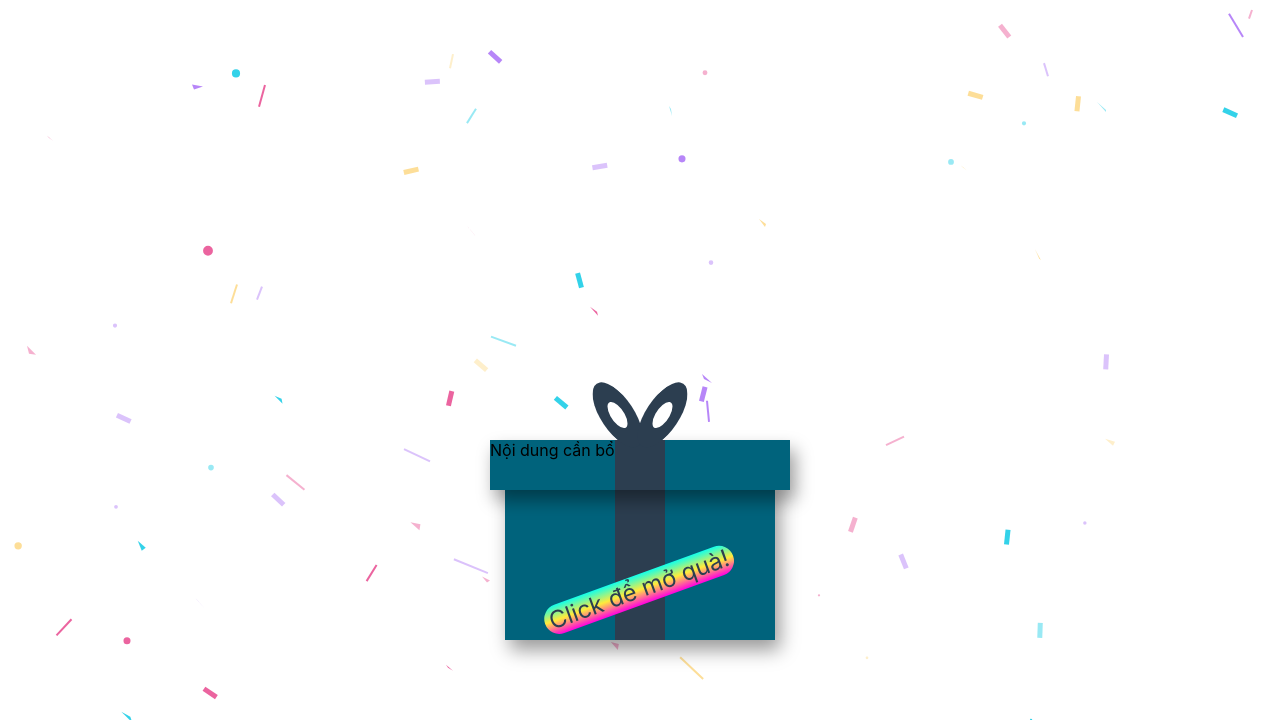
Repository: trongnghia161001/birth_day
Page: index.html
An editor plug-in stored every save of this project. The page is shown before and after the next save, followed by the edit.
The browser window is 1280 px wide. The pictures show the whole page.

Above is the page before, as saved 2022-11-14 23:37:09.

After the next save:
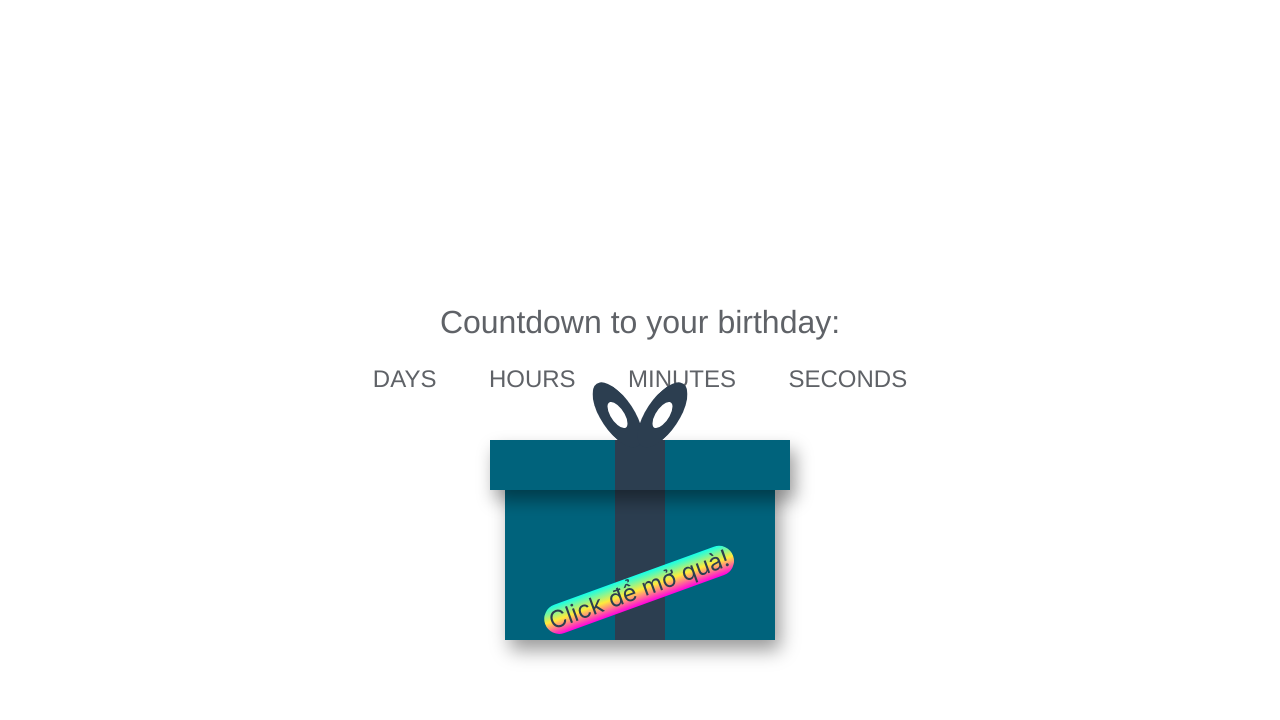
Console error: TypeError: Cannot read properties of null (reading 'innerHTML')
Saved 16 s later.
--- a/index.html
+++ b/index.html
@@ -26,7 +26,7 @@
   <div id="merrywrap" class="merrywrap">
     <canvas id="snowfall"></canvas>
     <div class="giftbox">
-      <div class="cover" id="show">
+      <div class="cover">
         <div></div>
       </div>
     <div class="box"></div>

After the save that followed:
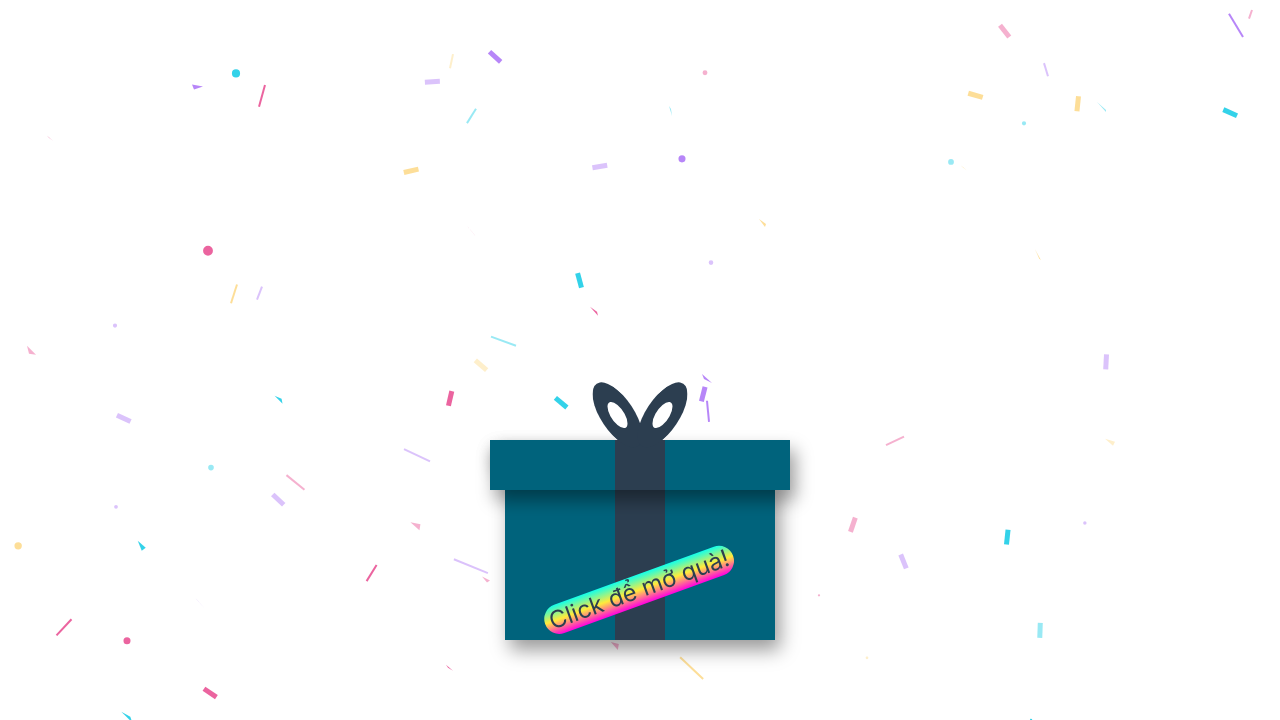
The error is gone.
Saved 30 s later.
--- a/index.html
+++ b/index.html
@@ -30,6 +30,7 @@
         <div></div>
       </div>
     <div class="box"></div>
+    <div id="show"></div>
   </div>
 </body>
 <script src="scripts/confetti.min.js" charset="utf-8"></script>
